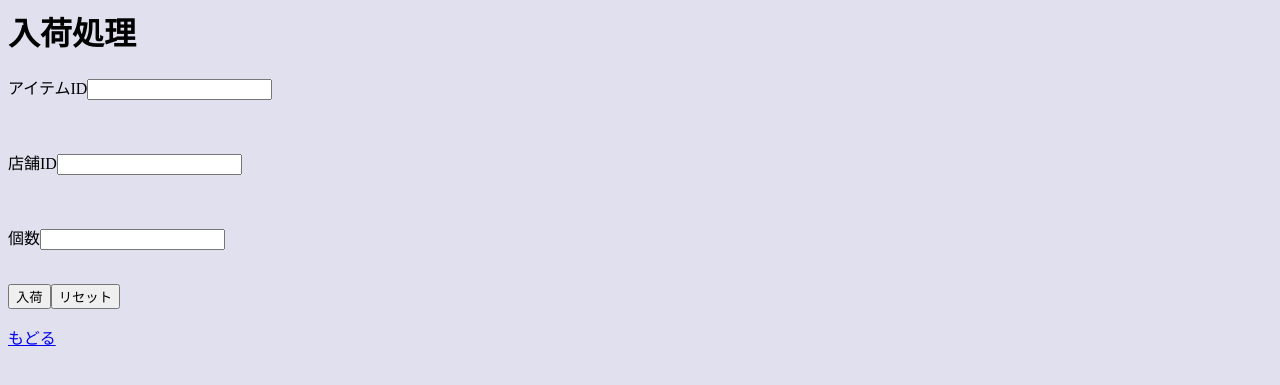
Repository: e1b19110/super
Page: src/main/resources/templates/nyuka1.html
An editor plug-in stored every save of this project. The page is shown before and after the next save, followed by the edit.
The browser window is 1280 px wide. The pictures show the whole page.

Above is the page before, as saved 2021-12-07 18:22:45.

### src/main/resources/templates/nyuka1.html
<head>
  <meta charset="utf-8">
  <title>Super</title>
</head>

<body bgcolor="#e0e0ee">
  <h1>入荷処理</h1>
  <p>
    <form action="/himiko/nyuka2" method="post">
      <p><label for="item">アイテムID</label><input type="number" name="item_id" /></p><br>
      <p><label for="tenpo">店舗ID</label><input type="number" name="shop_id" /></p><br>
      <p><label for="kosuu">個数</label><input type="number" name="number" /></p><br>
      <input type="submit" value="入荷"><input type="reset" value="リセット">
    </form>
  </p>

  <p>
    <a href="/himiko/nyuka">もどる</a>
  </p>

</body>

After the next save:
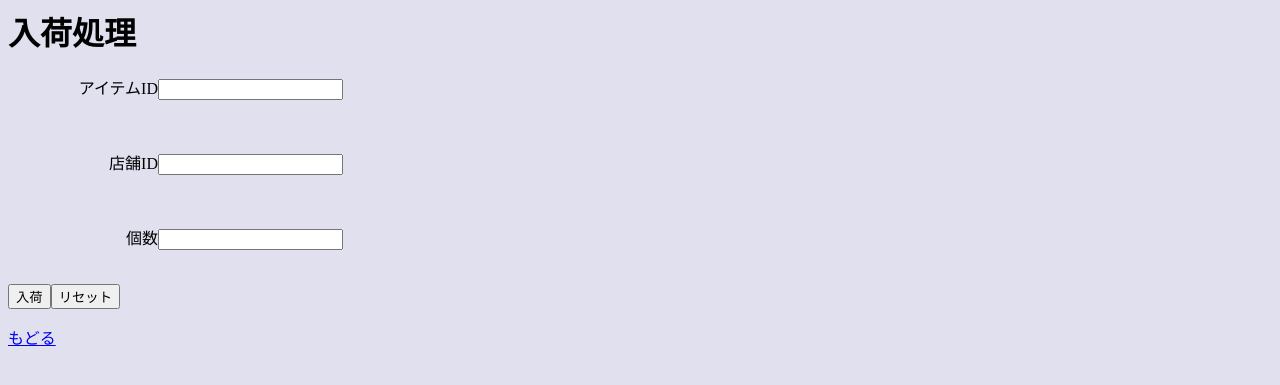
Saved 57 s later.
--- a/src/main/resources/templates/nyuka1.html
+++ b/src/main/resources/templates/nyuka1.html
@@ -1,6 +1,13 @@
 <head>
   <meta charset="utf-8">
   <title>Super</title>
+<style>
+label{
+  display: inline-block;
+  text-align: right;
+  width: 150px;
+}
+</style>
 </head>
 
 <body bgcolor="#e0e0ee">
